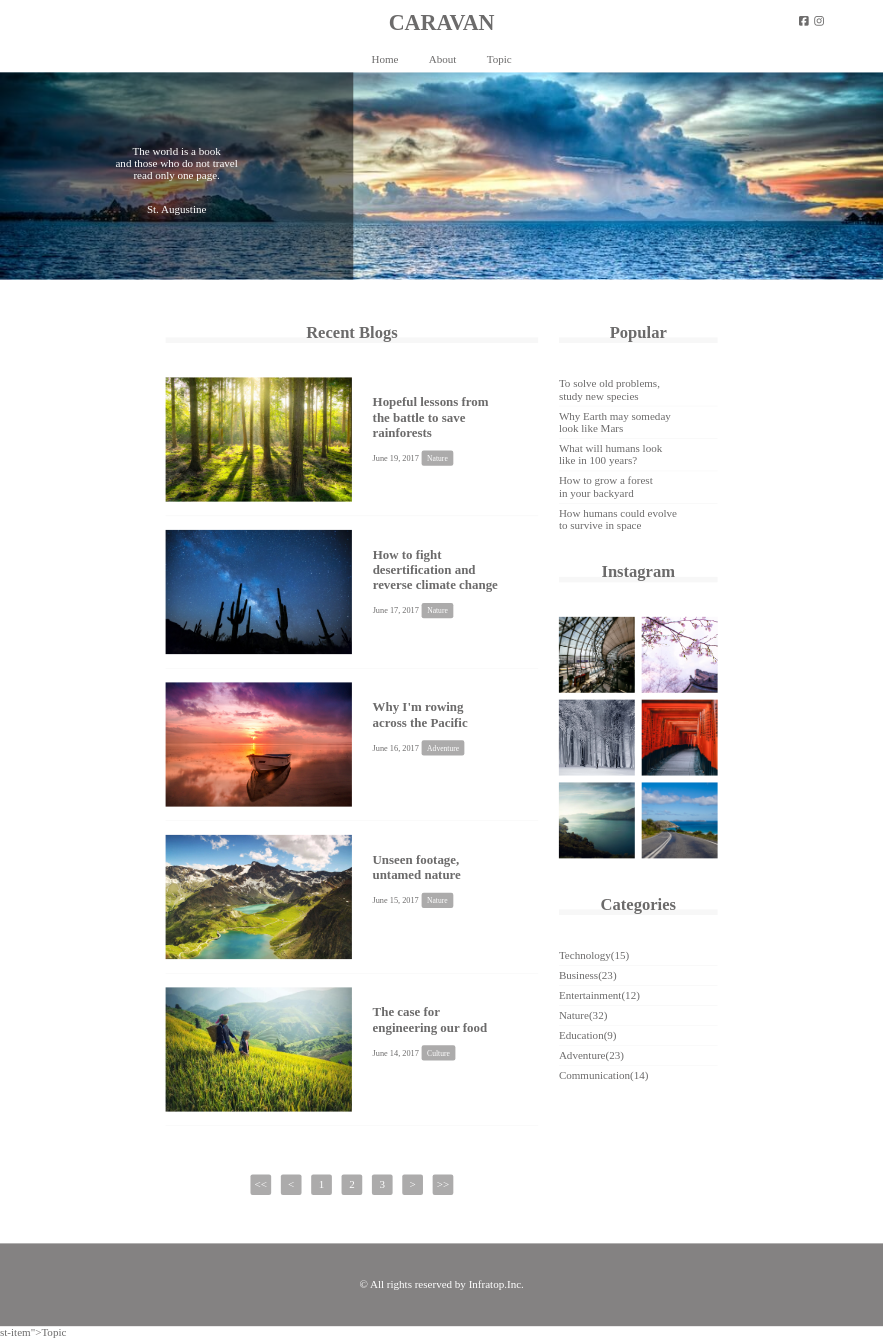
Repository: ayakodesu/html-practice
Page: caravan/index.html
The author's editor kept a record of every edit. The page is drawn from the files as they stood at one moment, then again after the next edit.
The browser window is 1280 px wide. The pictures show the whole page, at 69% of full size.
Some web libraries are served in a nearby version.

Above is the page before.

After the next edit:
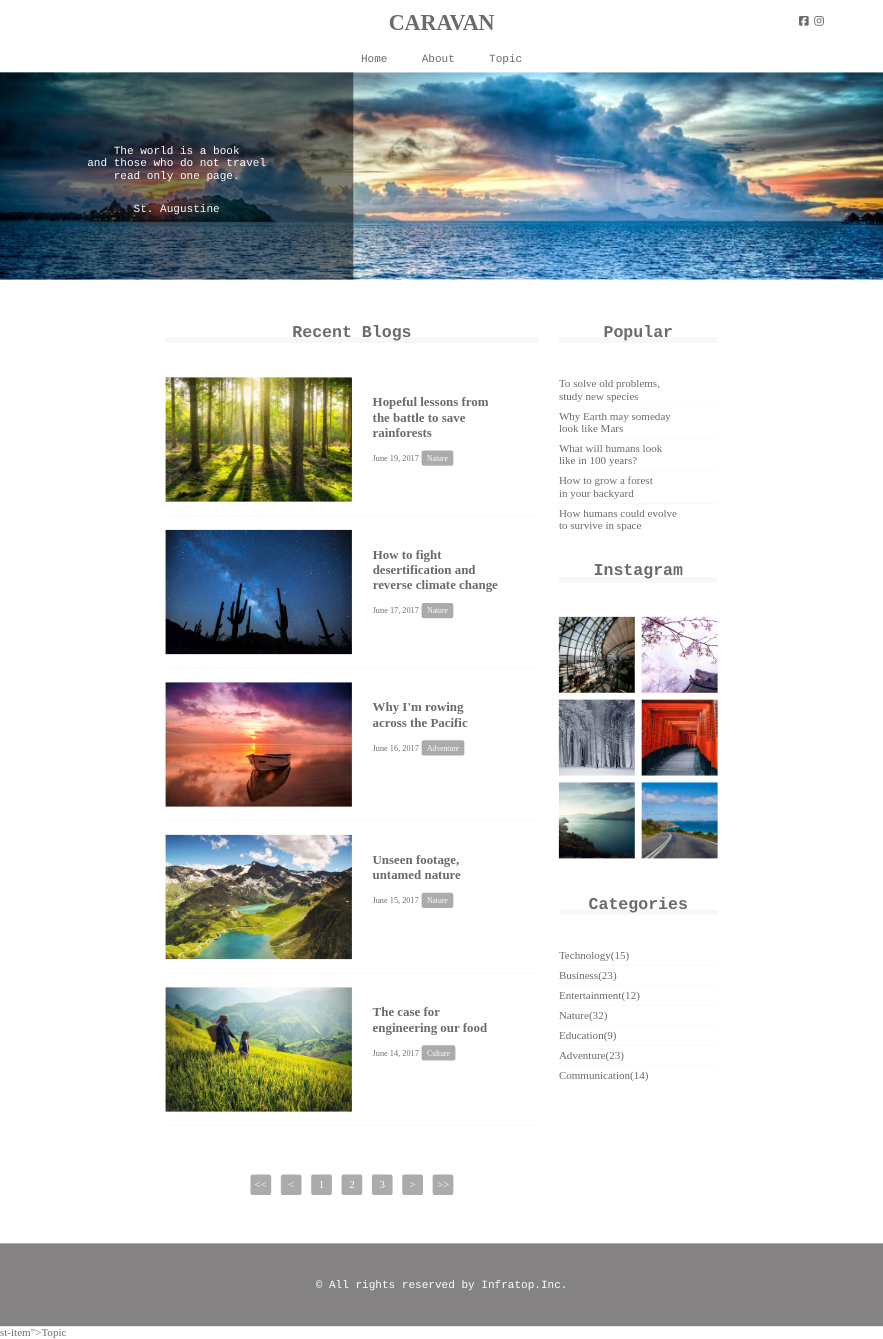
The edit:
--- a/caravan/style.css
+++ b/caravan/style.css
@@ -10,10 +10,9 @@
   text-decoration: none;
 }
 
-header, nav, h2, .main-visual. footer {
-  font-family: Chalkduster, "Bradley Hand" , Courier , "Segoe Print" , sans-serif;
-}
-
+hheader, nav, h2, .main-visual, footer {
+  font-family: Chalkduster, "Bradley Hand", Courier, "Segoe Print", sans-serif;
+}
 
 header {
   width: 90%; /* 横幅90% */
